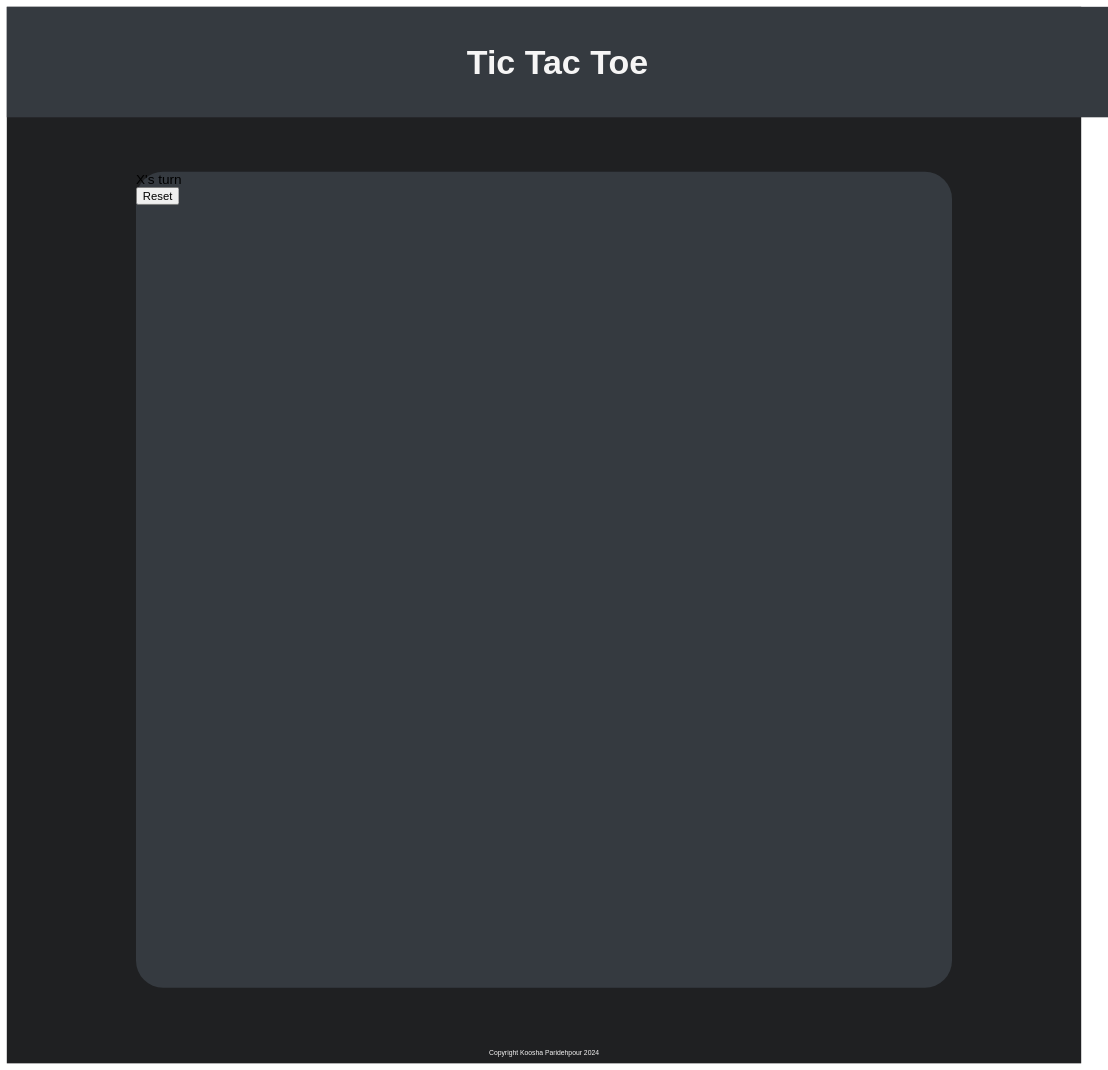
Repository: KooshaPari/odin-TTT
Page: index.html
These files come from the project's save history. The page is drawn as it stood at one moment and after the next save; the edit follows.
The browser window is 1280 px wide. The page is 1304 px wide, so the pictures cover 1304 px, including what lies to the right of the window. The pictures show the whole page, at 85% of full size.

Above is the page before, as saved 2024-03-14 22:46:49.

### index.html
<!doctype html>
<html lang="en">
  <head>
    <meta charset="UTF-8" />

    <link rel="stylesheet" href="./style.css" />
    <meta name="viewport" content="width=device-width, initial-scale=1.0" />
    <title>Document</title>
  </head>
  <body>
    <div id="parent">
      <div id="header">
        <h1>Tic Tac Toe</h1>
      </div>
      <div id="body">
        <div id="game">
          <div id="board">
            <div class="square" id="0"></div>
            <div class="square" id="1"></div>
            <div class="square" id="2"></div>
            <div class="square" id="3"></div>
            <div class="square" id="4"></div>
            <div class="square" id="5"></div>
            <div class="square" id="6"></div>
            <div class="square" id="7"></div>
            <div class="square" id="8"></div>
          </div>
          <div id="status">X's turn</div>
          <button id="reset">Reset</button>
        </div>
      </div>
      <div id="footer">
        <p>Copyright Koosha Paridehpour 2024</p>
      </div>
    </div>
  </body>
</html>

### style.css
* {
  font-family: sans-serif;
}
#parent {
  background-color: #1f2022;
  width: 100%;
  height: 100%;
}
#header {
  background-color: #353a40;
  padding: 1.25%;
  width: 100%;
  height: 100%;
}
#header h1 {
  color: #f6f5f5;

  font-size: 2.5em;
}
#footer p {
  color: #f6f5f5;
  font-size: 0.5em;
}

#header,
#footer,
#body {
  display: flex;
  align-items: center;
  justify-content: center;
}
#title {
  color: #f6f5f5;
}
#body {
  flex-direction: column;
}
#game {
  background-color: #353a40;
  border-radius: 2em;
  margin: 5vw;
  width: 75vw;
  height: 75vw;
  -webkit-border-radius: 2em;
  -moz-border-radius: 2em;
  -ms-border-radius: 2em;
  -o-border-radius: 2em;
}

After the next save:
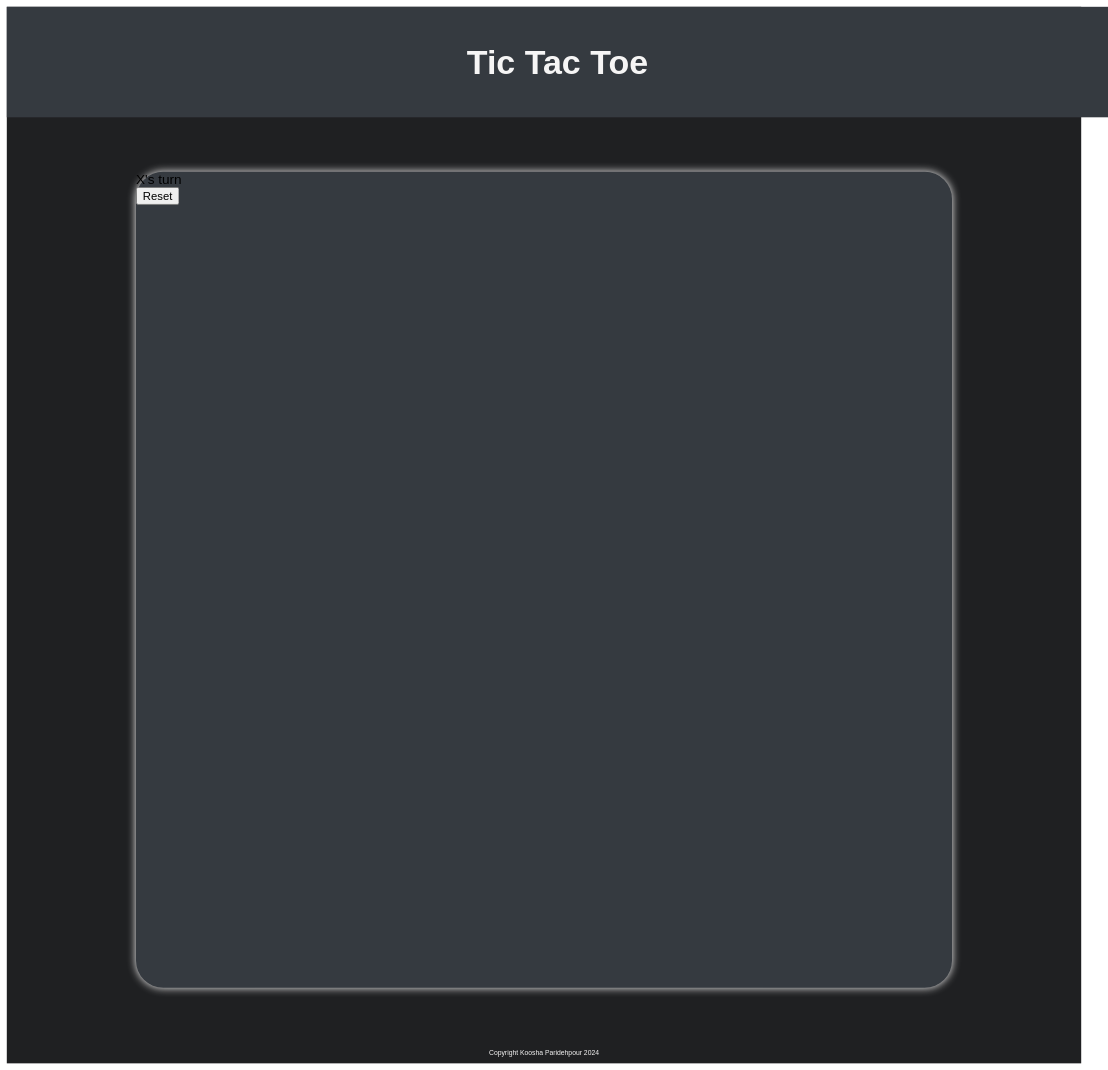
Saved 4 s later.
--- a/style.css
+++ b/style.css
@@ -39,6 +39,7 @@
   background-color: #353a40;
   border-radius: 2em;
   margin: 5vw;
+  box-shadow: 0px 0px 10px #f6f5f5;
   width: 75vw;
   height: 75vw;
   -webkit-border-radius: 2em;

After the save that followed:
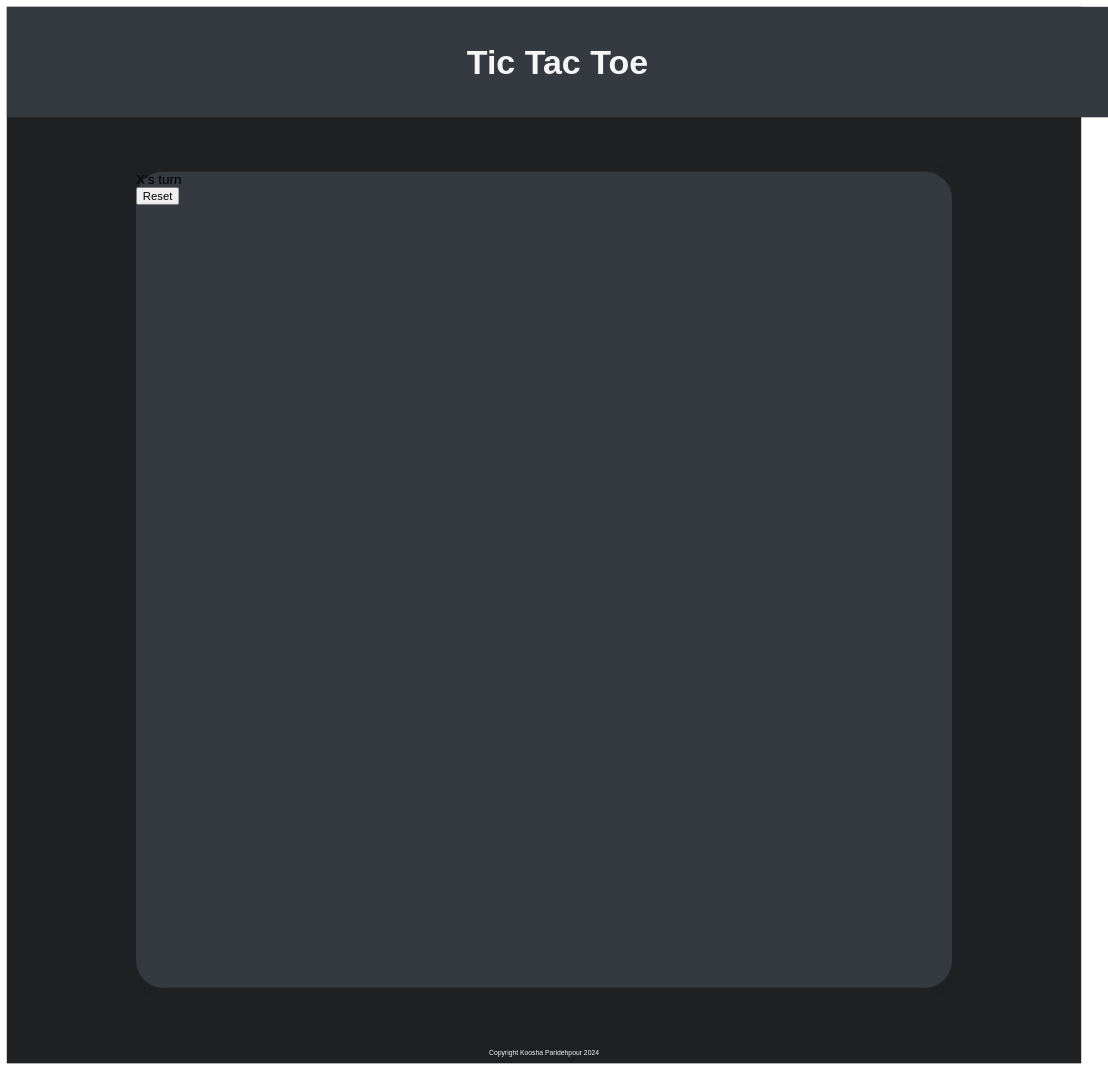
Saved 5 s later.
--- a/style.css
+++ b/style.css
@@ -39,7 +39,7 @@
   background-color: #353a40;
   border-radius: 2em;
   margin: 5vw;
-  box-shadow: 0px 0px 10px #f6f5f5;
+  box-shadow: 0px 0px 10px #212529;
   width: 75vw;
   height: 75vw;
   -webkit-border-radius: 2em;
